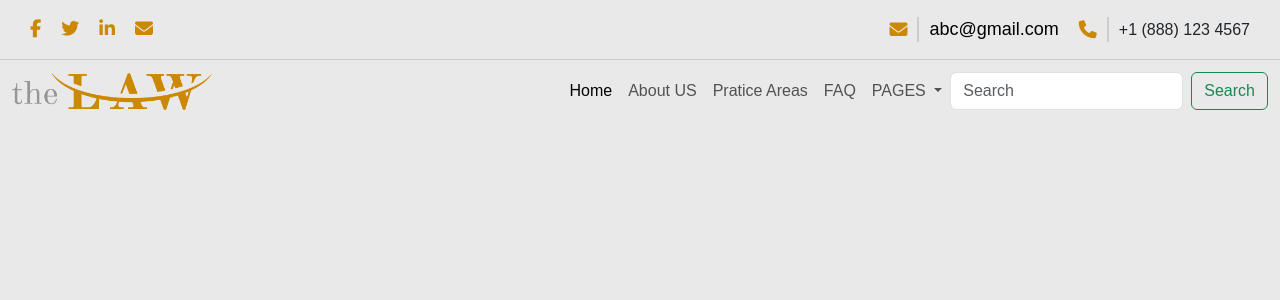
Repository: arehmanraza/lawyer_website
Page: Pages/index.html
An editor plug-in stored every save of this project. The page is shown before and after the next save, followed by the edit.
The browser window is 1280 px wide. The pictures show the whole page.
Some web libraries are served in a nearby version.

Above is the page before, as saved 2024-05-22 01:45:10.

### Pages/index.html
<!DOCTYPE html>
<html lang="en">
  <head>
    <meta charset="utf-8" />
    <meta name="viewport" content="width=device-width, initial-scale=1" />
    <title>The Lawyer</title>
    <link
      rel="stylesheet"
      href="https://pro.fontawesome.com/releases/v5.10.0/css/all.css"
      integrity="sha384-AYmEC3Yw5cVb3ZcuHtOA93w35dYTsvhLPVnYs9eStHfGJvOvKxVfELGroGkvsg+p"
      crossorigin="anonymous"
    />
    <link rel="stylesheet" href="/Styling/style.css" />
    <link
      rel="stylesheet"
      href="https://cdnjs.cloudflare.com/ajax/libs/font-awesome/6.5.2/css/all.min.css"
      integrity="sha512-SnH5WK+bZxgPHs44uWIX+LLJAJ9/2PkPKZ5QiAj6Ta86w+fsb2TkcmfRyVX3pBnMFcV7oQPJkl9QevSCWr3W6A=="
      crossorigin="anonymous"
      referrerpolicy="no-referrer"
    />
    <link
      href="https://cdn.jsdelivr.net/npm/bootstrap@5.3.3/dist/css/bootstrap.min.css"
      rel="stylesheet"
      integrity="sha384-QWTKZyjpPEjISv5WaRU9OFeRpok6YctnYmDr5pNlyT2bRjXh0JMhjY6hW+ALEwIH"
      crossorigin="anonymous"
    />
  </head>
  <body>
    <div class="main-container">


      <!-- ---------------head_top_container start ------------------  -->




      <div class="head_top">
        <div class="head_top_left">
          <ul>
            <li>
              <i class="icon2 fa-brands fa-facebook-f"></i>
            </li>
            <li>
              <i class="icon2 fa-brands fa-twitter"></i>
            </li>
            <li>
              <i class="icon2 fa-brands fa-linkedin-in"></i>
            </li>
            <li>
              <i class="icon2 fa-solid fa-envelope"></i>
            </li>
          </ul>
        </div>
        <div class="head_top_right">
          <ul>
            <li>
              <i class="icon2 fa-solid fa-envelope"></i>
              <p class="border1"></p>
              <span><a class="phoneno" href = "mailto: a.rehman78766@gmail.com">abc@gmail.com</a></span>
            </li>
            <li>
              <i class="icon2 fa-solid fa-phone"></i>
              <p class="border1"></p>
              <span>+1 (888) 123 4567</span>
            </li>

          </ul>
        </div>
      </div>
      <!-- ---------------head_top_container end ------------------  -->






      <!-- ---------------Navbar_container start ------------------  -->


      <nav class="navbar navbar-expand-lg ">
        <div class="container-fluid">
          <a class="navbar-brand" href="#"><img src="/Images/logo.png"  width="200px"></a>
          <button class="navbar-toggler" type="button" data-bs-toggle="collapse" data-bs-target="#navbarSupportedContent" aria-controls="navbarSupportedContent" aria-expanded="false" aria-label="Toggle navigation">
            <span class="navbar-toggler-icon"></span>
          </button>
          <div class="collapse navbar-collapse" id="navbarSupportedContent">
            <ul class="navbar-nav ms-auto mb-2 mb-lg-0">
              <li class="nav-item">
                <a class="nav-link active" aria-current="page" href="#">Home</a>
              </li>
              <li class="nav-item">
                <a class="nav-link" href="#">About US</a>
              </li>
              <li class="nav-item">
                <a class="nav-link" href="#">Pratice Areas</a>
              </li>
              <li class="nav-item">
                <a class="nav-link" href="#">FAQ</a>
              </li>

              <li class="nav-item dropdown">
                <a class="nav-link dropdown-toggle" href="#" role="button" data-bs-toggle="dropdown" aria-expanded="false">
                  PAGES
                </a>
                <ul class="dropdown-menu">
                  <li><a class="dropdown-item" href="#">SHOP</a></li>
                  <li><a class="dropdown-item" href="#">ABOUT 2</a></li>
                  <li><a class="dropdown-item" href="#">CONTACT 2</a></li>
                </ul>
              </li>

            </ul>
            <form class="d-flex" role="search">
              <input class="form-control me-2" type="search" placeholder="Search" aria-label="Search">
              <button class="btn btn-outline-success" type="submit">Search</button>
            </form>
          </div>
        </div>
      </nav>





      <!-- ---------------Navbar_container end ------------------  -->





    </div>
    <script
      src="https://cdn.jsdelivr.net/npm/bootstrap@5.3.3/dist/js/bootstrap.bundle.min.js"
      integrity="sha384-YvpcrYf0tY3lHB60NNkmXc5s9fDVZLESaAA55NDzOxhy9GkcIdslK1eN7N6jIeHz"
      crossorigin="anonymous"
    ></script>
  </body>
</html>

### Styling/style.css
*{
    margin: 0;
    padding: 0;
    box-sizing: border-box;
    font-family: Arial, Helvetica, sans-serif, "Montserrat";
}
.main-container{
    background-color: #e9e9e9;
    width: 100%;
    height: 100vh;
    padding: 0px;
}

.head_top {
    width: 100%;
    height: 60px;
    display: flex;
    justify-content: space-between;
    align-items: center; /* Center items vertically */
    border-bottom: 1px solid #ccc;
    padding: 0px 20px;
}

.head_top_left {
    width: 50%;
    display: flex; /* Ensure the left container is also using flexbox */
    align-items: center; /* Center items vertically */
}
.head_top_left ul {
    display: flex;
    list-style: none;
    padding: 0;
    margin: 0;
}
.head_top_left ul li{
    padding: 0px 10px;
}
.head_top_right{
    display: flex;
    align-items: center;
    width: 50%;
}
.head_top_right ul{
    display: flex;
    list-style: none;
    padding: 0;
    margin: 0px 0px 0px auto;

}
.head_top_right ul li{
    padding: 0px 10px;
    display: flex;
    align-items: center;
}
.border1{
    border-left: 2px solid #ccc;

    height: 25px;
    margin: 0px 10px;
}
.icon2{
    color:  #cc8800;
  font-size: large;
}
.phoneno{
    color: black;
    font-size: 18px;
    font-weight: 500;
    text-decoration: none
}

After the next save:
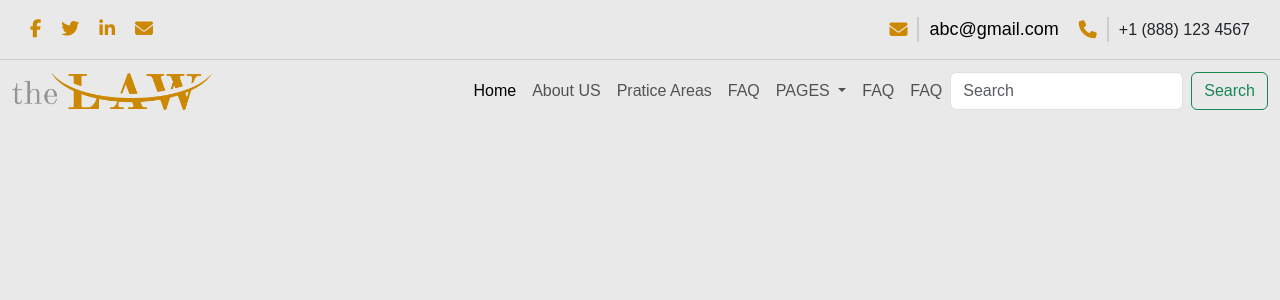
Saved 12 s later.
--- a/Pages/index.html
+++ b/Pages/index.html
@@ -108,7 +108,12 @@
                   <li><a class="dropdown-item" href="#">CONTACT 2</a></li>
                 </ul>
               </li>
-
+              <li class="nav-item">
+                <a class="nav-link" href="#">FAQ</a>
+              </li>
+              <li class="nav-item">
+                <a class="nav-link" href="#">FAQ</a>
+              </li>
             </ul>
             <form class="d-flex" role="search">
               <input class="form-control me-2" type="search" placeholder="Search" aria-label="Search">
